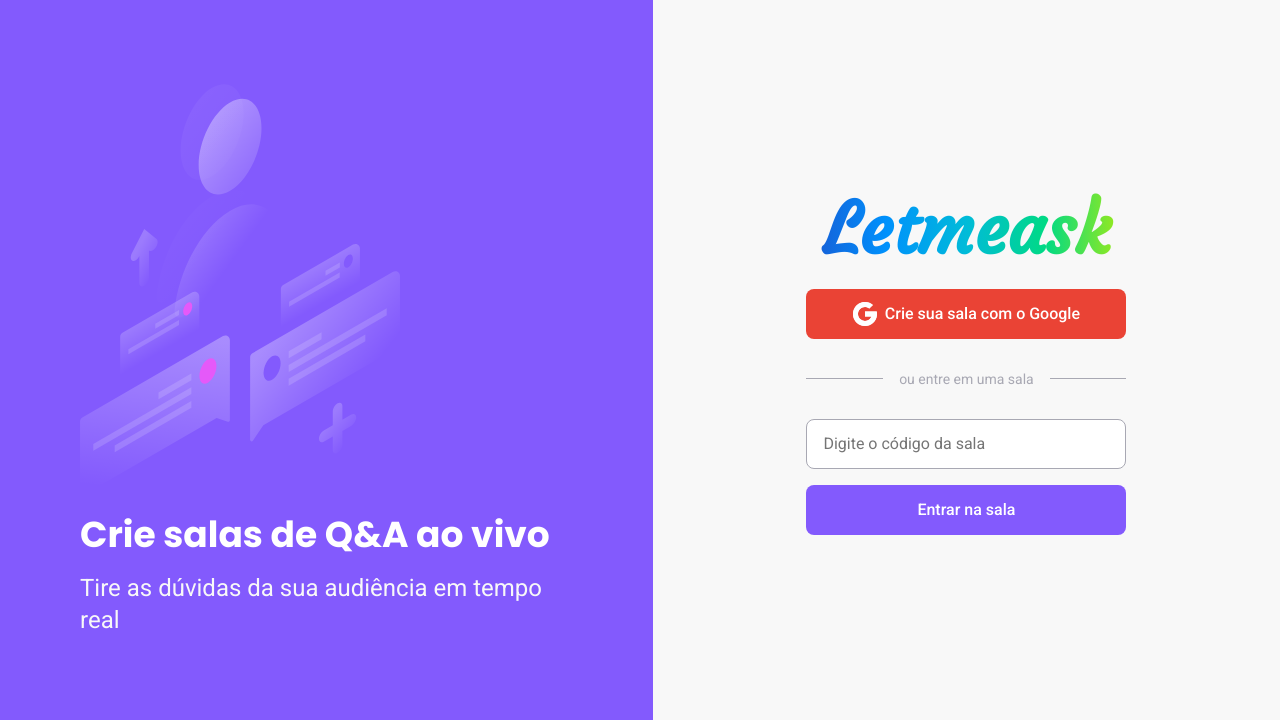
Repository: joaovnogueira/letmeask
Page: /
An editor plug-in stored every save of this project. The page is shown before and after the next save, followed by the edit.
The browser window is 1280 px wide. The pictures show the whole page.
The project was rebuilt for these pictures with package versions that can differ from the ones it lists, and the page was loaded fresh each time. A package was used in the major version that the imports need, not the one package.json lists. Also part of the build but not shown: src/pages/NewRoom.tsx, src/components/Question.tsx, src/styles/room-code.scss, src/components/RoomCode.tsx, src/hooks/useRoom.tsx, src/styles/rooms.scss, src/pages/AdminRoom.tsx. Imported but missing from the stored project, and not drawn on this page: src/pages/Room.

Above is the page before, as saved 2022-03-12 15:20:43.

### public/index.html
<!DOCTYPE html>
<html lang="en">
  <head>
    <meta charset="utf-8" />
    <meta name="viewport" content="width=device-width, initial-scale=1" />


    <link rel="preconnect" href="https://fonts.googleapis.com">
    <link rel="preconnect" href="https://fonts.gstatic.com" crossorigin>
    <link href="https://fonts.googleapis.com/css2?family=Poppins:wght@400;700&family=Roboto:wght@400;500&display=swap" rel="stylesheet">


    <title>Letmeask</title>


  </head>
  <body>
    <noscript>You need to enable JavaScript to run this app.</noscript>
    <div id="root"></div>
  </body>
</html>

### src/index.tsx
import React from 'react';
import ReactDOM from 'react-dom';
import App from './App';

import './services/firebase';
import './styles/global.scss';

ReactDOM.render(
  <React.StrictMode>
    <App />
  </React.StrictMode>,
  document.getElementById('root')
);

### src/App.tsx
import { BrowserRouter, Route, Switch } from 'react-router-dom'

import { Home } from './pages/Home';
import { NewRoom } from './pages/NewRoom'
import { Room } from './pages/Room';
import { AdminRoom } from './pages/AdminRoom';

import { AuthContextProvider } from './contexts/AuthContext'


function App() {


  return (
     <BrowserRouter>
      <AuthContextProvider>
        <Switch>
          <Route path="/" exact component={Home} />
          <Route path="/rooms/new" exact component={NewRoom} />
          <Route path="/rooms/:id" component={Room} />

          <Route path="/admin/rooms/:id" component={AdminRoom} />
        </Switch>
      </AuthContextProvider>
     </BrowserRouter>
  );
}

export default App;

### src/services/firebase.ts

import firebase from 'firebase/compat/app';

import 'firebase/compat/auth';
import 'firebase/compat/firestore';
import 'firebase/compat/database';

//import firebase from 'firebase/app';

//import 'firebase/auth';
//import 'firebase/firestore';



const firebaseConfig = {
    apiKey: process.env.REACT_APP_API_KEY,
    authDomain: process.env.REACT_APP_AUTH_DOMAIN,
    databaseURL: process.env.REACT_APP_DATABASE_URL,
    projectId: process.env.REACT_APP_PROJECT_ID,
    storageBucket: process.env.REACT_APP_STORAGE_BUCKET,
    messagingSenderId: process.env.REACT_APP_MESSAGING_SENDER_ID,
    appId: process.env.REACT_APP_APP_ID
  };

  firebase.initializeApp(firebaseConfig);


//const auth = firebase.auth();
const database = firebase.database();
const auth = firebase.auth();

export {auth, database, firebase}
//export {firebase}
//export {auth}
//export {database}

### src/styles/global.scss
*{
    margin: 0;
    padding: 0;
    box-sizing: border-box;
}

body{
    background: #f8f8f8;
    color: #29292e
}

body, input, button, textarea{
    font: 400 16px 'Roboto', sans-serif;
}

### src/pages/Home.tsx
import { useHistory } from "react-router-dom";

//import 'firebase/compat/auth';
import {auth, database, firebase} from '../services/firebase'
//import firebase from 'firebase/compat/app';


import illustrationImg from '../assets/images/illustration.svg';
import logoImg from '../assets/images/logo.svg';
import googleIconImage from '../assets/images/google-icon.svg';


import '../styles/auth.scss'

import { Button } from '../components/Button'
import { useAuth } from "../hooks/useAuth";
import { FormEvent, useState } from "react";

export function Home() {
    const history = useHistory();
    const { user, signInWithGoogle } = useAuth();
    const [ roomCode, setRoomCode ] = useState('');

    async function handleCreateRoom() {

        if (!user){
            await signInWithGoogle()
        }

        history.push('/rooms/new')

    }

    async function handleJoinRoom(event: FormEvent){
        event.preventDefault();

        if (roomCode.trim() == ''){
            return;
        }

        const roomRef = await database.ref(`rooms/${roomCode}`).get();

        if(!roomRef.exists()){
            alert('Room does not exists.')
            return;
        }

        if(roomRef.val().endedAt){
            alert('Room already closed.');
            return;
        }

        history.push(`/rooms/${roomCode}`)
    }

    return(
        <div id = 'page-auth'>
            <aside>
                <img src={illustrationImg} alt="Ilustração simbolizando perguntas e respostas"/>
                <strong>Crie salas de Q&amp;A ao vivo</strong>
                <p>Tire as dúvidas da sua audiência em tempo real </p>
            </aside>
            <main>
                <div className="main-content">
                    <h1 id='Logo'>Letmeask</h1>
                    <button onClick={handleCreateRoom} className="create-room">
                        <img src={googleIconImage} alt="Logo do Google" />
                        Crie sua sala com o Google
                    </button>
                    <div className="separator">ou entre em uma sala</div>
                    <form onSubmit={handleJoinRoom}>
                        <input
                           type="text"
                           placeholder="Digite o código da sala"
                           onChange={event => setRoomCode(event.target.value)}
                           value = {roomCode}
                        />
                        <Button type="submit">
                            Entrar na sala
                        </Button>
                    </form>
                </div>
            </main>
        </div>
    )
}

### src/contexts/AuthContext.tsx
//import firebase from "firebase/compat/app";
import { auth,firebase } from "../services/firebase";

import { createContext, ReactNode, useEffect, useState } from "react";


type User = {
    id: string;
    name: string;
    avatar: string;
  }

  type AuthContextType = {
    user: User | undefined;
    signInWithGoogle: () => Promise<void>;
  }

type AuthContextProviderProps = {
    children: ReactNode;
}

export const AuthContext = createContext({} as AuthContextType);

export function AuthContextProvider(props: AuthContextProviderProps){

    const [user, setUser] = useState<User>()

    useEffect(() => {
        const unssubscribe = auth.onAuthStateChanged(user => {
         if (user) {
            const {displayName,photoURL, uid} = user;

             if(!displayName || !photoURL){
             throw new Error('Missing Information from Google Account.')
            }

         setUser({
           id: uid,
           name: displayName,
           avatar: photoURL
         })
       }
     })

     return () => {
       unssubscribe();
     }
     }, [])

   async function signInWithGoogle(){
     const provider = new firebase.auth.GoogleAuthProvider();

     const result = await auth.signInWithPopup(provider);

       if (result.user){
         const {displayName,photoURL, uid} = result.user;

         if(!displayName || !photoURL){
           throw new Error('Missing Information from Google Account.')
         }

         setUser({
           id: uid,
           name: displayName,
           avatar: photoURL
         })
       }

   }

    return (
        <AuthContext.Provider value={{ user, signInWithGoogle }}>
            {props.children}
        </AuthContext.Provider>

    );
}

### src/styles/auth.scss
@import url('https://fonts.googleapis.com/css2?family=Courgette&display=swap');

#page-auth{
    display: flex;
    align-items: stretch;
    height: 100vh;



    aside{
        flex: 7;
        background: #835afd;
        color: #fff;

        display: flex;
        flex-direction: column;
        justify-content: center;

        padding: 120px 80px;

        img{
            max-width: 320px;
        }

        strong{
            font: 700 36px 'Poppins', sans-serif;
            line-height: 42px;
            margin-top: 16px
        }

        p{
            font-size: 24px;
            line-height: 32px;
            margin-top: 16px;
            color: #f8f8f8;
        }
    }

    main{
        flex: 8;

        padding: 0 32px;
        display: flex;
        align-items: center;
        justify-content: center;

    }

    .main-content{
        display: flex;
        flex-direction: column;
        width: 100%;
        max-width: 320px;
        align-items: stretch;
        text-align: center;

        h1#Logo{
            font-family: 'Courgette', cursive;
            font-size: 70px;
            background-image:
            linear-gradient(to right, #1859d3, #0091fc, #00bbd9, #00da84, #a8eb12);
            background-clip: text;
            -webkit-background-clip: text;
            color: transparent;
        }

        > img{
            align-self: center;
        }

        h2{
            font-size: 24px;
            margin: 64px 8 24px;
            font-family: 'Poppins', sans seriff;
        }

        form{
            input{
                height:50px;
                border-radius: 8px;
                padding: 0 16px;
                background: #fff;
                border: 1px solid #a8a8b3
            }
        }

        p{
            font-size: 14px;
            color: #737380;
            margin-top: 16px;

        }

        a{
            color: #e559f9
        }

        button{
            margin-top: 16px;
        }

        button, input{
            width: 100%;
        }
    }

    .create-room{
        margin-top: 64px;
        height: 50px;
        border-radius: 8px;
        font-weight: 500;
        background: #ea4335;
        color:#fff;

        display: flex;
        justify-content: center;
        align-items: center;

        cursor: pointer;
        border: 0;

        transition: filter 0.2s;

        img{
            margin-right: 8px;
        }

        &:hover{
            filter: brightness(0.9);
        }
    }

    .separator{
        font-size: 14px;
        color: #a8a8b3;

        margin: 32px 0;
        display: flex;
        align-items: center;

        &::before {
            content: '';
            flex: 1;
            height: 1px;
            background: #a8a8b3;
            margin-right: 16px;
        }
        &::after{
            content: '';
            flex: 1;
            height: 1px;
            background: #a8a8b3;
            margin-left: 16px;
        }
    }


}

### src/components/Button.tsx
import { ButtonHTMLAttributes } from 'react'
import '../styles/button.scss'


type ButtonProps = ButtonHTMLAttributes<HTMLButtonElement> & {
    isOutlined?: boolean;
}

export function Button({isOutlined = false, ...props}: ButtonProps) {
    return(
        <button
            className={`button ${isOutlined ? 'outlined' : ''}`}
            {...props}>
        </button>
    )
}

### src/hooks/useAuth.ts
import { useContext } from 'react';
import { AuthContext } from '../contexts/AuthContext'

export function useAuth() {
    const value =  useContext(AuthContext);

    return value;
}

### src/styles/button.scss
.button{
    height: 50px;
    border-radius: 8px;
    font-weight: 500;
    background: #835afd;
    color:#fff;
    padding: 0 32px;

    display: flex;
    justify-content: center;
    align-items: center;

    cursor: pointer;
    border: 0;

    transition: filter 0.2s;

    img{
        margin-right: 8px;
    }

    &.outlined {
        background: #FFF;
        border: 1px solid #835afd;
        color: #835afd;
    }

    &:not(:disabled):hover{
        filter: brightness(0.9);
    }

    &:disabled{
        opacity: 0.6;
        cursor: not-allowed;
    }
}

After the next save:
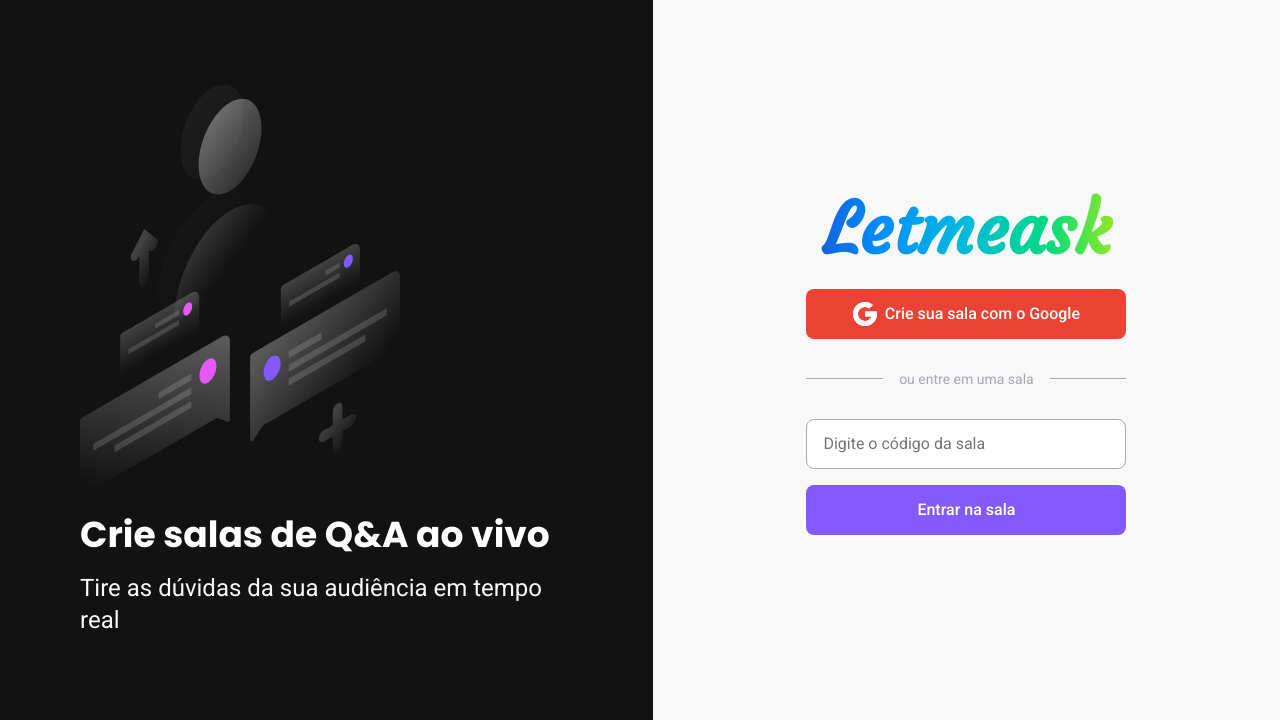
Saved 10 s later.
--- a/src/styles/auth.scss
+++ b/src/styles/auth.scss
@@ -9,7 +9,7 @@
 
     aside{
         flex: 7;
-        background: #835afd;
+        background: #121213;
         color: #fff;
 
         display: flex;
